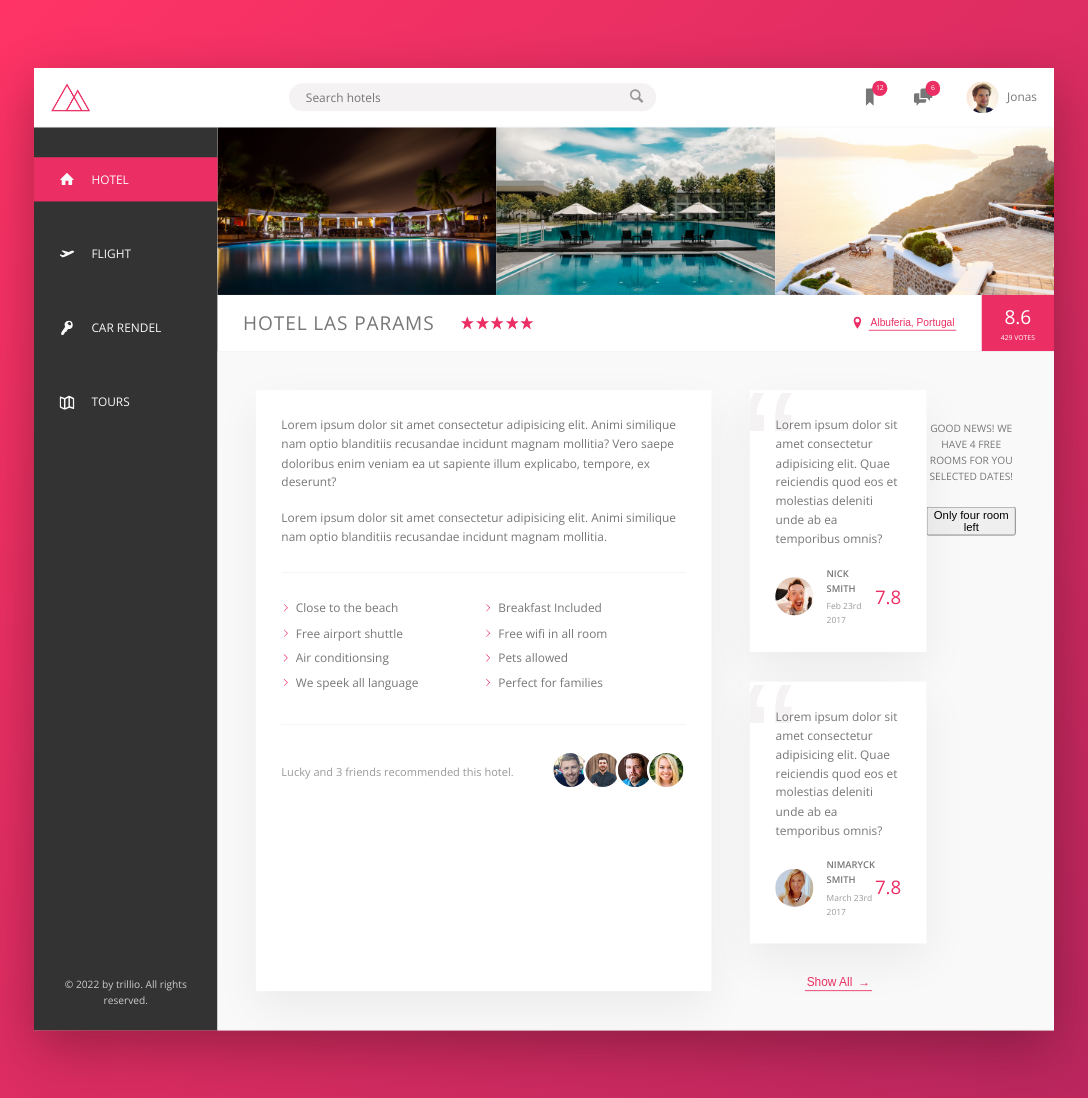
Repository: mohamediyas/flex_website
Page: index.html
The author's editor kept a copy of each file at every save. The page is drawn from the files as they stood at one save, then again after the next save.
The browser window is 1280 px wide. The pictures show the whole page, at 85% of full size.
The style sheet was rebuilt from its Sass, Less or Tailwind sources for each picture, by a compiler version that may differ from the author's.

Above is the page before, as saved 2022-08-06 18:59:41.

### index.html
<!DOCTYPE html>
<html lang="en">
  <head>
    <meta charset="UTF-8" />
    <meta name="viewport" content="width=device-width, initial-scale=1.0" />
    <meta http-equiv="X-UA-Compatible" content="ie=edge" />

    <link
      href="https://fonts.googleapis.com/css?family=Open+Sans:300,400,600"
      rel="stylesheet"
    />
    <link rel="stylesheet" href="css/style.css" />
    <link rel="shortcut icon" type="image/png" href="img/favicon.png" />

    <title>nexter &mdash; your home, your freedom</title>
  </head>
  <body>
    <div class="container">
      <header class="header">
        <img src="img/logo.png" alt="trilio logo" class="logo" />
        <form action="#" class="search">
          <input
            type="text"
            class="search__input"
            placeholder="Search hotels"
          />
          <button class="search__button">
            <svg class="search__icon">
              <use xlink:href="img/sprite.svg#icon-magnifying-glass"></use>
            </svg>
          </button>
        </form>

        <nav class="user-nav">
          <div class="user-nav__icon-box">
            <svg class="user-nav__icon">
              <use xlink:href="img/sprite.svg#icon-bookmark"></use>
            </svg>
            <span class="user-nav__notification">12</span>
          </div>
          <div class="user-nav__icon-box">
            <svg class="user-nav__icon">
              <use xlink:href="img/sprite.svg#icon-chat"></use>
            </svg>
            <span class="user-nav__notification">6</span>
          </div>
          <div class="user-nav__user">
            <img
              src="img/user.jpg"
              alt="user image"
              class="user-nav__user-photo"
            />
            <span class="user-nav__user-name">Jonas</span>
          </div>
        </nav>
      </header>
      <div class="content">
        <nav class="sidebar">
          <ul class="side-nav">
            <li class="side-nav__item side-nav__item--active">
              <a href="#" class="side-nav__link">
                <svg class="side-nav__icon">
                  <use xlink:href="img/sprite.svg#icon-home"></use>
                </svg>
                <span>Hotel</span>
              </a>
            </li>
            <li class="side-nav__item">
              <a href="#" class="side-nav__link">
                <svg class="side-nav__icon">
                  <use xlink:href="img/sprite.svg#icon-aircraft-take-off"></use>
                </svg>
                <span>Flight</span>
              </a>
            </li>
            <li class="side-nav__item">
              <a href="#" class="side-nav__link">
                <svg class="side-nav__icon">
                  <use xlink:href="img/sprite.svg#icon-key"></use>
                </svg>
                <span>Car Rendel</span>
              </a>
            </li>
            <li class="side-nav__item">
              <a href="#" class="side-nav__link">
                <svg class="side-nav__icon">
                  <use xlink:href="img/sprite.svg#icon-map"></use>
                </svg>
                <span>Tours</span>
              </a>
            </li>
          </ul>
          <div class="legal">&copy; 2022 by trillio. All rights reserved.</div>
        </nav>
        <main class="hotel">
          <div class="gallery">
            <figure class="gallery__item">
              <img
                src="img/hotel-1.jpg"
                aria-label="home photot"
                alt=""
                class="gallery__photo"
              />
            </figure>

            <figure class="gallery__item">
              <img
                src="img/hotel-2.jpg"
                aria-label="home photot"
                alt=""
                class="gallery__photo"
              />
            </figure>

            <figure class="gallery__item">
              <img
                src="img/hotel-3.jpg"
                aria-label="home photot"
                alt=""
                class="gallery__photo"
              />
            </figure>
          </div>
          <div class="overview">
            <h1 class="overview__heading">Hotel las params</h1>
            <div class="overview__stars">
              <svg class="overview__icon-star">
                <use xlink:href="img/sprite.svg#icon-star"></use>
              </svg>
              <svg class="overview__icon-star">
                <use xlink:href="img/sprite.svg#icon-star"></use>
              </svg>
              <svg class="overview__icon-star">
                <use xlink:href="img/sprite.svg#icon-star"></use>
              </svg>
              <svg class="overview__icon-star">
                <use xlink:href="img/sprite.svg#icon-star"></use>
              </svg>
              <svg class="overview__icon-star">
                <use xlink:href="img/sprite.svg#icon-star"></use>
              </svg>
            </div>
            <div class="overview__location">
              <svg class="overview__icon-location">
                <use xlink:href="img/sprite.svg#icon-location-pin"></use>
              </svg>
              <button class="btn-inline">Albuferia, Portugal</button>
            </div>

            <div class="overview__rating">
              <div class="overview__rating-average">8.6</div>

              <div class="overview__rating-count">429 votes</div>
            </div>
          </div>
          <div class="detail">
            <div class="description">
              <p class="paragraph">
                Lorem ipsum dolor sit amet consectetur adipisicing elit. Animi
                similique nam optio blanditiis recusandae incidunt magnam
                mollitia? Vero saepe doloribus enim veniam ea ut sapiente illum
                explicabo, tempore, ex deserunt?
              </p>
              <p class="paragraph">
                Lorem ipsum dolor sit amet consectetur adipisicing elit. Animi
                similique nam optio blanditiis recusandae incidunt magnam
                mollitia.
              </p>
              <ul class="list">
                <li class="list__item">Close to the beach</li>
                <li class="list__item">Breakfast Included</li>
                <li class="list__item">Free airport shuttle</li>
                <li class="list__item">Free wifi in all room</li>
                <li class="list__item">Air conditionsing</li>
                <li class="list__item">Pets allowed</li>
                <li class="list__item">We speek all language</li>
                <li class="list__item">Perfect for families</li>
              </ul>
              <div class="recommend">
                <p class="recommend__count">
                  Lucky and 3 friends recommended this hotel.
                </p>
                <div class="recommend__friends">
                  <img src="img/user-3.jpg" alt="" class="recommend__photo" />
                  <img src="img/user-4.jpg" alt="" class="recommend__photo" />
                  <img src="img/user-5.jpg" alt="" class="recommend__photo" />
                  <img src="img/user-6.jpg" alt="" class="recommend__photo" />
                </div>
              </div>
            </div>
            <div class="user-reviews">
              <figure class="review">
                <blockquote class="review__text">
                  Lorem ipsum dolor sit amet consectetur adipisicing elit. Quae
                  reiciendis quod eos et molestias deleniti unde ab ea
                  temporibus omnis?
                </blockquote>
                <figcaption class="review__user">
                  <img class="review__photo" src="img/user-1.jpg" alt="" />
                  <div class="review__user-box">
                    <p class="review__user-name">Nick smith</p>
                    <p class="review__user-date">Feb 23rd 2017</p>
                  </div>
                  <div class="review__rating">7.8</div>
                </figcaption>
              </figure>
              <figure class="review">
                <blockquote class="review__text">
                  Lorem ipsum dolor sit amet consectetur adipisicing elit. Quae
                  reiciendis quod eos et molestias deleniti unde ab ea
                  temporibus omnis?
                </blockquote>
                <figcaption class="review__user">
                  <img class="review__photo" src="img/user-2.jpg" alt="" />
                  <div class="review__user-box">
                    <p class="review__user-name">NiMaryck smith</p>
                    <p class="review__user-date">March 23rd 2017</p>
                  </div>
                  <div class="review__rating">7.8</div>
                </figcaption>
              </figure>
              <button class="btn-inline">Show All <span>&rarr;</span></button>
            </div>
            <div class="cta">
              <h2 class="cta__book-now">
                Good news! we have 4 free rooms for you selected dates!
              </h2>
              <button class="btn">Only four room left</button>
            </div>
          </div>
        </main>
      </div>
    </div>
  </body>
</html>

### sass/_base.scss
// COLOR VARIABLES

:root {
  --color-primary: #eb2f64;
  --color-primary-light: #ff3366;
  --color-primary-dark: #ba265d;

  --color-grey-light-1: #faf9f9;
  --color-grey-light-2: #f4f2f2;
  --color-grey-light-3: #f0eeee;
  --color-grey-light-4: #ccc;

  --color-grey-dark-1: #333;
  --color-grey-dark-2: #777;
  --color-grey-dark-3: #999;

  --shadow-dark: 0 2rem 6rem rgba(0, 0, 0, 0.3);
  --shadow-light: 0 2rem 5rem rgba(0, 0, 0, 0.06);

  --line: 1px solid var(--color-grey-light-2);
}

* {
  margin: 0;
  padding: 0;
}

*,
*::after,
*::before {
  box-sizing: inherit;
}

html {
  box-sizing: border-box;
  font-size: 62.5%;
}

body {
  background-image: linear-gradient(
    to right bottom,
    var(--color-primary-light),
    var(--color-primary-dark)
  );
  font-family: "Open Sans", sans-serif;
  font-weight: 400;
  line-height: 1.6;
  background-size: cover;
  background-repeat: no-repeat;
  min-height: 100vh;
  color: var(--color-grey-dark-2);
}

### sass/_components.scss
.logo {
  height: 3.25rem;
  margin-left: 2rem;
}

.search {
  flex: 0 0 40%;

  display: flex;
  justify-content: center;
  align-items: center;

  &__input {
    font-family: inherit;
    font-size: inherit;
    background-color: var(--color-grey-light-2);
    border: none;
    color: inherit;
    padding: 0.7rem 2rem;
    border-radius: 100px;
    width: 90%;
    transition: all 0.2s;
    margin-right: -3.25rem;
    &:focus {
      outline: none;
      width: 100%;
      background-color: var(--color-grey-light-3);
    }
  }

  &::-webkit-input-placeholder {
    font-weight: 100;
    color: var(--color-grey-light-4);
  }

  &__input:focus + &__button {
    background-color: var(--color-grey-light-3);
  }

  &__button {
    border: none;
    background-color: var(--color-grey-light-2);

    &:focus {
      outline: none;
    }

    &:active {
      transform: translateY(2px);
    }
  }

  &__icon {
    height: 2rem;
    width: 2rem;
    fill: var(--color-grey-dark-3);
  }
}

.user-nav {
  align-self: stretch;
  display: flex;
  align-items: center;

  & > * {
    padding: 0 2rem;
    cursor: pointer;
    height: 100%;
    display: flex;
    align-items: center;
  }

  & > *:hover {
    background-color: var(--color-grey-light-2);
  }

  &__icon-box {
    position: relative;
  }

  &__icon {
    height: 2.25rem;
    width: 2.25rem;
    fill: var(--color-grey-dark-2);
  }

  &__notification {
    font-size: 0.8rem;
    height: 1.75rem;
    width: 1.75rem;
    border-radius: 50%;
    background-color: var(--color-primary);
    color: #fff;
    position: absolute;
    top: 1.5rem;
    right: 1.1rem;
    display: flex;
    justify-content: center;
    align-items: center;
  }

  &__user {
  }

  &__user-photo {
    height: 3.75rem;
    border-radius: 50%;
    margin-right: 1rem;
  }

  &__user-name {
  }
}

// side navigation

.side-nav {
  font-size: 1.4rem;
  list-style: none;
  margin-top: 3.5rem;

  &__item {
    position: relative;

    &:not(:last-child) {
      margin-bottom: 3.5rem;
    }
  }

  &__item::before {
    content: "";
    position: absolute;
    top: 0;
    left: 0;
    height: 100%;
    width: 3px;
    background-color: var(--color-primary);
    transform: scaleY(0);
    transition: transform 0.2s, width 0.4s cubic-bezier(1, 0, 0, 1) 0.2s;
  }

  &__item:hover:before,
  &__item--active::before {
    transform: scaleY(1);
    width: 100%;
  }

  &__item:active:before {
    background-color: var(--color-primary-light);
  }

  &__link:link,
  &__link:visited {
    color: var(--color-grey-light-1);
    text-decoration: none;
    text-transform: uppercase;
    display: block;
    padding: 1.5rem 3rem;
    z-index: 10;
    position: relative;
    display: flex;
    align-items: center;
  }

  &__link:hover {
    color: white;
  }

  &__icon {
    width: 1.75rem;
    height: 1.75rem;
    margin-right: 2rem;
    fill: currentColor;
  }
}

.legal {
  font-size: 1.2rem;
  text-align: center;
  color: var(--color-grey-light-4);
  padding: 2.5rem;
}

.gallery {
  display: flex;

  &__photo {
    width: 100%;
    display: block;
  }
}

.overview {
  display: flex;
  border-bottom: 1px solid var(--color-grey-light-2);
  align-items: center;

  &__heading {
    font-size: 2.25rem;
    font-weight: 300;
    text-transform: uppercase;
    letter-spacing: 1px;
    padding: 1.5rem 3rem;
  }
  &__stars {
    // flex: 1;
    margin-right: auto;
    display: flex;
  }
  &__icon-star,
  &__icon-location {
    width: 1.75rem;
    height: 1.75rem;
    fill: var(--color-primary);
  }
  &__location {
    font-size: 1.2rem;
    display: flex;
    align-items: center;
  }

  &__icon-location {
    margin-right: 0.5rem;
  }

  &__rating {
    background-color: var(--color-primary);
    margin-left: 3rem;
    color: #fff;
    align-self: stretch;
    padding: 0 2.25rem;

    display: flex;
    flex-direction: column;
    align-items: center;
    justify-content: center;
  }
  &__rating-average {
    font-size: 2.25rem;
    font-weight: 300;
  }
  &__rating-count {
    font-size: 0.8rem;
    text-transform: uppercase;
  }
}

.paragraph:not(:last-of-type) {
  margin-bottom: 2rem;
}

.list {
  list-style: none;
  margin: 3rem 0;
  padding: 3rem 0;
  border-top: var(--line);
  border-bottom: var(--line);
  display: flex;
  flex-wrap: wrap;

  &__item {
    flex: 0 0 50%;
    margin-bottom: 0.7rem;
  }

  &__item::before {
    content: "";
    display: inline-block;
    height: 1rem;
    width: 1rem;
    margin-right: 0.7rem;
    // background-image: url(../img/chevron-thin-right.svg);

    // background-size: cover;

    // masks
    background-color: var(--color-primary);
    -webkit-mask-image: url(../img/chevron-thin-right.svg);
    -webkit-mask-size: cover;
  }
}

.recommend {
  font-size: 1.3rem;
  color: var(--color-grey-dark-3);

  display: flex;
  align-items: center;
  // justify-content: space-between;
  &__count {
    margin-right: auto;
  }

  &__friend {
  }

  &__photo {
    box-sizing: content-box;
    height: 4rem;
    width: 4rem;
    border-radius: 50%;
    border: 3px solid #fff;

    &:not(:last-child) {
      margin-right: -1.15rem;
    }
  }
}

// reviews

.review {
  background-color: #fff;
  box-shadow: var(--shadow-light);
  padding: 3rem;
  margin-bottom: 3.5rem;
  position: relative;
  overflow: hidden;

  &__text {
    margin-bottom: 2rem;
    z-index: 10;
    position: relative;
  }
  &__user {
    display: flex;
    align-items: center;
  }
  &__photo {
    height: 4.5rem;
    width: 4.5rem;
    border-radius: 50%;
    margin-right: 1.5rem;
  }
  &__user-box {
    margin-right: auto;
  }

  &__user-name {
    font-size: 1.1rem;
    font-weight: 600;
    text-transform: uppercase;
    margin-bottom: 0.4rem;
  }

  &__user-date {
    font-size: 1rem;
    color: var(--color-grey-dark-3);
  }

  &__rating {
    color: var(--color-primary);
    font-size: 2.2rem;
    font-weight: 300;
  }

  &::before {
    content: "\201c";
    position: absolute;
    top: -2.75rem;
    left: -1rem;
    line-height: 1;
    font-size: 20rem;
    color: var(--color-grey-light-2);
    font-family: sans-serif;
    z-index: 1;
  }
}

.cta {
  padding: 3.5rem 0;
  text-align: center;

  &__book-now {
    font-size: 1.2rem;
    font-weight: 300;
    text-transform: uppercase;
    margin-bottom: 2.5rem;
  }
}

### sass/_layout.scss
.container {
  max-width: 120rem;
  margin: 8rem auto;
  background-color: var(--color-grey-light-2);
  box-shadow: var(--shadow-dark);
  min-height: 50rem;
}

.header {
  font-size: 1.4rem;
  height: 7rem;
  background-color: #fff;
  border-bottom: 1px solid var(--color-grey-light-2);
  display: flex;
  justify-content: space-between;
  align-items: center;
}

.content {
  display: flex;
}

.sidebar {
  background-color: var(--color-grey-dark-1);
  flex: 0 0 18%;
  display: flex;
  flex-direction: column;
  justify-content: space-between;
}

.hotel {
  background-color: #fff;
  // height: 80rem;
  flex: 1;
}

.detail {
  display: flex;
  padding: 4.5rem;
  font-size: 1.4rem;

  background-color: var(--color-grey-light-1);
  border-bottom: var(--line);
}

.description {
  background-color: #fff;
  flex: 0 0 60%;
  margin-right: 4.5rem;
  box-shadow: var(--shadow-light);
  padding: 3rem;
}

.user-reviews {
  flex: 1;
  display: flex;
  flex-direction: column;
  align-items: center;
}

.btn-inline {
  border: none;
  color: var(--color-primary);
  font-size: inherit;
  border-bottom: 1px solid currentColor;
  padding: 2px;
  display: inline-block;
  background-color: transparent;
  cursor: pointer;
  transition: all 0.2s;

  & span {
    margin-left: 3px;
    transition: margin-left 0.2s;
  }

  &:hover {
    color: var(--color-grey-dark-1);

    span {
      margin-left: 8px;
    }
  }

  &:focus {
    outline: none;
    animation: pulsate 1s infinite;
  }
}

@keyframes pulsate {
  0% {
    transform: scale(1);
    box-shadow: none;
  }
  50% {
    transform: scale(1.05);
    box-shadow: 0 1rem 4rem rgba(0, 0, 0, 0.25);
  }
  100% {
    transform: scale(1);
    box-shadow: none;
  }
}

Loaded but not shown: sass/main.scss (common file)

After the next save:
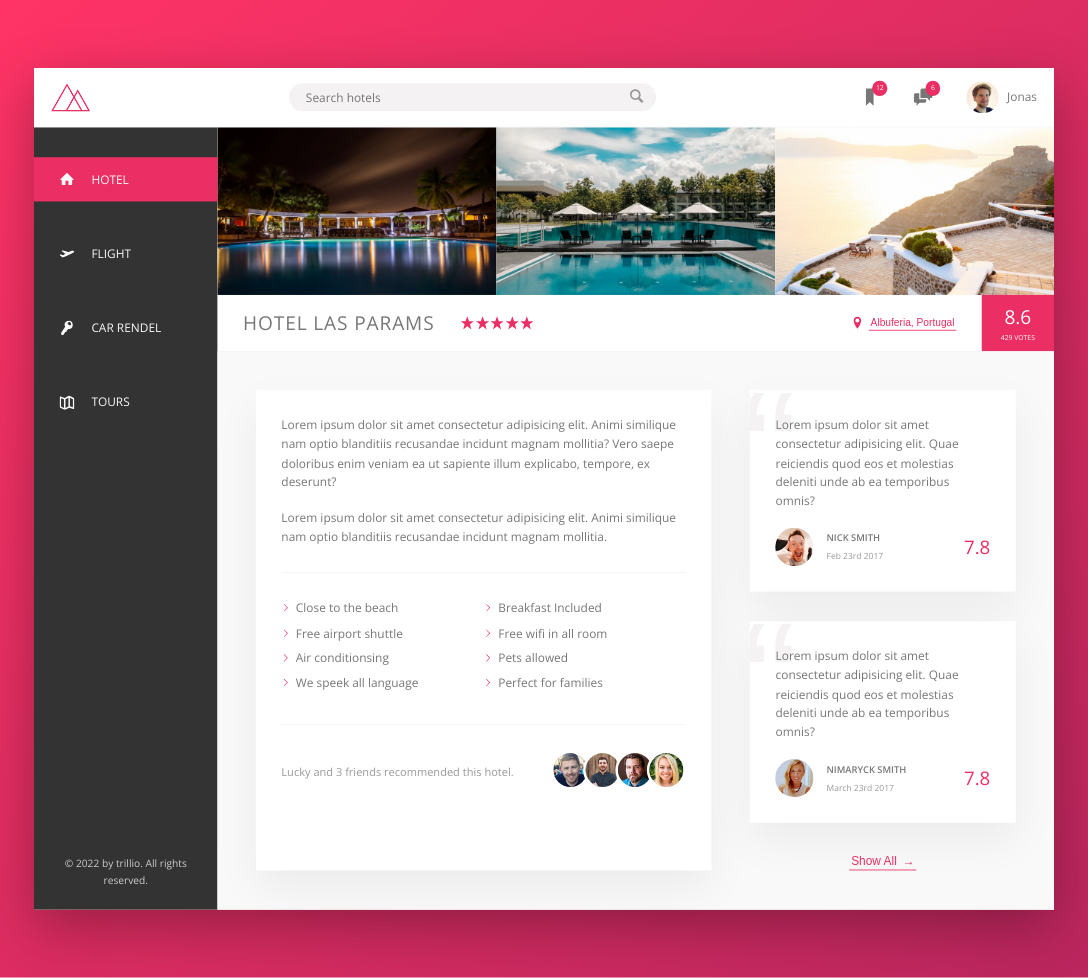
Saved 41 s later.
--- a/index.html
+++ b/index.html
@@ -221,12 +221,6 @@
               </figure>
               <button class="btn-inline">Show All <span>&rarr;</span></button>
             </div>
-            <div class="cta">
-              <h2 class="cta__book-now">
-                Good news! we have 4 free rooms for you selected dates!
-              </h2>
-              <button class="btn">Only four room left</button>
-            </div>
           </div>
         </main>
       </div>
